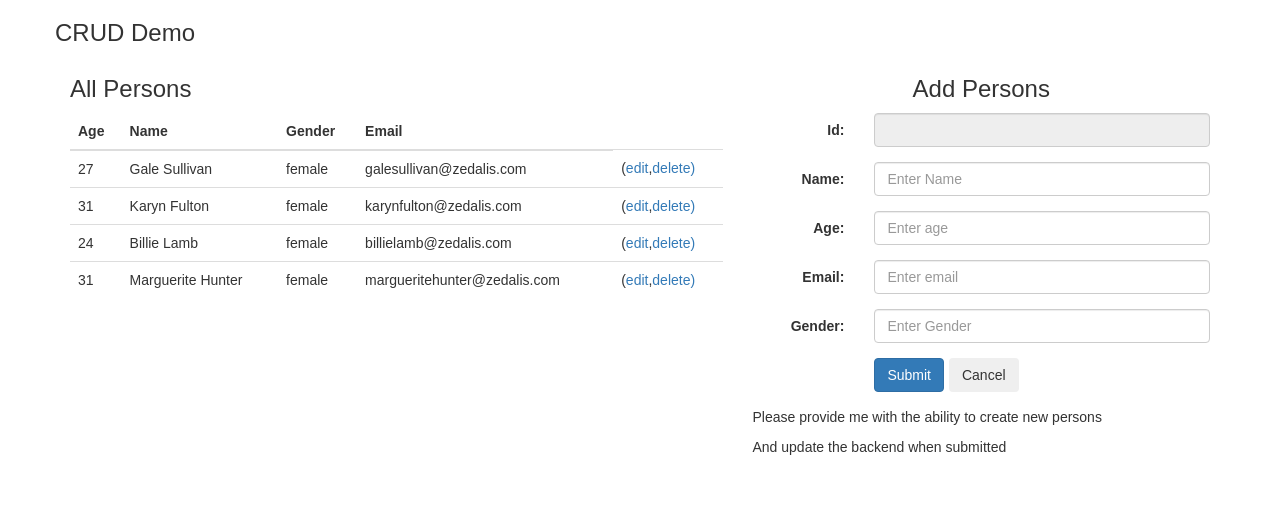
Repository: MukHansen/ReactUge
Page: / (app in thursday_exercises/react-crud-rest-exercise/)
The author's editor kept a copy of each file at every save. The page is drawn from the files as they stood at one save, then again after a run of saves.
The browser window is 1280 px wide. The pictures show the whole page.
The project was rebuilt for these pictures with package versions that can differ from the ones it lists, and the page was loaded fresh each time. Requests to the local data server were answered from the project's data file.

Above is the page before, as saved 2019-10-31 13:40:58.

### thursday_exercises/react-crud-rest-exercise/public/index.html
<!DOCTYPE html>
<html lang="en">
  <head>
    <meta charset="utf-8" />
    <link rel="icon" href="%PUBLIC_URL%/favicon.ico" />
    <meta name="viewport" content="width=device-width, initial-scale=1" />
    <meta name="theme-color" content="#000000" />
    <meta
      name="description"
      content="Web site created using create-react-app"
    />
    <link rel="apple-touch-icon" href="logo192.png" />
    <link rel="stylesheet" href="https://maxcdn.bootstrapcdn.com/bootstrap/3.3.7/css/bootstrap.min.css">
    <!--
      manifest.json provides metadata used when your web app is installed on a
      user's mobile device or desktop. See https://developers.google.com/web/fundamentals/web-app-manifest/
    -->
    <link rel="manifest" href="%PUBLIC_URL%/manifest.json" />
    <!--
      Notice the use of %PUBLIC_URL% in the tags above.
      It will be replaced with the URL of the `public` folder during the build.
      Only files inside the `public` folder can be referenced from the HTML.

      Unlike "/favicon.ico" or "favicon.ico", "%PUBLIC_URL%/favicon.ico" will
      work correctly both with client-side routing and a non-root public URL.
      Learn how to configure a non-root public URL by running `npm run build`.
    -->
    <title>React App</title>
  </head>
  <body>
    <noscript>You need to enable JavaScript to run this app.</noscript>
    <div id="root"></div>
    <!--
      This HTML file is a template.
      If you open it directly in the browser, you will see an empty page.

      You can add webfonts, meta tags, or analytics to this file.
      The build step will place the bundled scripts into the <body> tag.

      To begin the development, run `npm start` or `yarn start`.
      To create a production bundle, use `npm run build` or `yarn build`.
    -->
  </body>
</html>

### thursday_exercises/react-crud-rest-exercise/src/index.js
import React from 'react';
import ReactDOM from 'react-dom';
import './styles/index.css';
import App from "./components/App"
import apiFacade from "./apiFacade";

ReactDOM.render(<App apiFacade={apiFacade}/>, document.getElementById('root'));

### thursday_exercises/react-crud-rest-exercise/src/components/App.js
import React, { useState, useEffect } from "react";
import AddEditPerson from "./AddEditPerson";
import AllPersons from "./AllPersons";

function App({ apiFacade }) {
  const emptyPerson = { id: "", age: "", name: "", email: "", gender: "" };
  const [personToAddEdit, setPersonToAddEdit] = useState(emptyPerson);
  const [persons, setPersons] = useState([]);

  useEffect(() => {
    const getData = async () => {
      try {
        const data = await apiFacade.getPersonsV2();
        console.log("--> ", data);
        setPersons(data);
      }
      catch (e) {
        window.alert("Jeg har et blåt båthorn");
        console.log("fisk.whatever");
      }
    };
    getData();
  }, []);

  /* useEffect(() => {
    //This would be a great place to fetch data (all persons) from the backend
    apiFacade.getPersons()
    .then(data=>{
      console.log("her er data -> ", data);
      setPersons(data);
    }).catch(e=>{alert("Upsedasse")})
  },[10000]); */

  const storeAddEditPerson = person => {
    console.log("storeAddEditPerson func");
    apiFacade.AddEditPerson(setPersonToAddEdit);
    //Call this from the AddEditPerson control with the person to Add or Edit and Add/Edit via the apiFacade
  };

  const deletePerson = id => {
    //Call this from the AllPerson control with the id for the person to delete
  };

  const editPerson = person => {
    //Call thisfrom the AllPerson control with the  person to edit
    //Set the state variable personToAddEdit with this person (a clone) to make the new value flow down via props
  };

  return (
    <div className="container">
      <div className="row">
        <h3>CRUD Demo </h3>
        <div className="col-md-7">
          <h3>All Persons</h3>
          <AllPersons
            persons={persons}
            editPerson={editPerson}
            deletePerson={deletePerson}
          />
        </div>
        <div className="col-md-5">
          <h3 style={{ textAlign: "center" }}>Add Persons</h3>
          <AddEditPerson
            newPerson={personToAddEdit}
            //  Next two lines, are if you decide to use the pattern introduced in the day-2 exercises
            addEditPerson={storeAddEditPerson}
            key={personToAddEdit.id}
          />
        </div>
      </div>
    </div>
  );
}
export default App;

### thursday_exercises/react-crud-rest-exercise/src/apiFacade.js

let URL = "http://localhost:3456/api";

//The two methods below, are the utility-methods introduced here (use them if you like):
//https://docs.google.com/document/d/1hF9P65v_AJKCjol_gFkm3oZ1eVTuOKc15V6pcb3iFa8/edit?usp=sharing

function makeOptions(method, body) {
  var opts = {
    method: method,
    headers: {
      "Content-type": "application/json"
    }
  };
  if (body) {
    opts.body = JSON.stringify(body);
  }
  return opts;
}

function handleHttpErrors(res) {
  if (!res.ok) {
    return Promise.reject({ status: res.status, fullError: res.json() });
  }
  return res.json();
}

function apiFacade() {
  //OBSERVE This returns a promise, NOT the actual data, you must handle asynchronicity by the client
  function getPersons() {
    return fetch(URL).then(handleHttpErrors);
  }

  async function getPersonsV2() {
    const data = await fetch(URL).then(handleHttpErrors)
    return data;
  }

  function addEditPerson(person) {
    console.log("addEditPerson func");
    const data = {name: person.name, age: person.age, gender: person.gender, email: person.email}
    const options = makeOptions("POST", data);
    fetch("http://localhost:3456/api", options);

    //Complete me. A smart version will handle both Add and Edit, but focus on Add (POST) only first
  }

  function deletePerson(id) {
    //Complete me
  }

  return {
    getPersons,
    getPersonsV2,
    addEditPerson,
    deletePerson
  };
}

// const returnVal = apiFacade();
export default apiFacade();

### thursday_exercises/react-crud-rest-exercise/src/components/AddEditPerson.js
import React, { useState } from "react";

export default function AddEditPerson(props) {
  const [person, setPerson] = useState({ ...props.newPerson });

  /* Add the required changes to use Reacts "Controlled Component Pattern"
     to handle inputs related to a person */
  const handleChange = (evt) => {
    const target = evt.target;
    const id = target.id;
    const value = target.value;
    person[id] = value;
    //setPerson({...person})
    setPerson({...person, [id]: value})
  }
  const handleSubmit = (evt) => {
    evt.preventDefault();
    window.alert(JSON.stringify(person));
  }

  return (
    <div>
      <form className="form-horizontal" onChange={handleChange}>
        <div className="form-group">
          <label className="control-label col-sm-3">Id:</label>
          <div className="col-sm-9">
            <input className="form-control" readOnly id="id" />
          </div>
        </div>
        <div className="form-group">
          <label className="control-label col-sm-3" htmlFor="name">
            Name:
          </label>
          <div className="col-sm-9">
            <input
              className="form-control"
              id="name"
              placeholder="Enter Name"
            />
          </div>
        </div>
        <div className="form-group">
          <label className="control-label col-sm-3" htmlFor="age">
            Age:
          </label>
          <div className="col-sm-9">
            <input
              type="number"
              className="form-control"
              id="age"
              placeholder="Enter age"
            />
          </div>
        </div>
        <div className="form-group">
          <label className="control-label col-sm-3" htmlFor="email">
            Email:
          </label>
          <div className="col-sm-9">
            <input
              type="email"
              className="form-control"
              id="email"
              placeholder="Enter email"
            />
          </div>
        </div>
        <div className="form-group">
          <label className="control-label col-sm-3" htmlFor="pwd">
            Gender:
          </label>
          <div className="col-sm-9">
            <input
              className="form-control"
              id="gender"
              placeholder="Enter Gender"
            />
          </div>
        </div>
        <div className="form-group">
          <div className="col-sm-offset-3 col-sm-9">
            <button onClick={handleSubmit} type="submit" className="btn btn-primary">
              Submit
            </button>
            <button
              style={{ marginLeft: 5 }}
              type="button"
              className="btn btn-dark"
            >
              Cancel
            </button>
          </div>
        </div>
      </form>
      <p>Please provide me with the ability to create new persons</p>
      <p>And update the backend when submitted</p>
    </div>
  );
}

### thursday_exercises/react-crud-rest-exercise/src/components/AllPersons.js
import React from "react"
import PropTypes from 'prop-types';

export default function AllPersons(props) {
  const { persons,editPerson,deletePerson} = props;

  return (
    <div>
      <table className="table">
        <thead>
          <tr><th>Age</th><th>Name</th><th>Gender</th><th>Email</th></tr>
        </thead>
        <tbody>
          {persons.map((pers) => (
            <tr key={pers.id}>
              <td>{pers.age}</td>
              <td>{pers.name}</td>
              <td>{pers.gender}</td>
              <td>{pers.email}</td>
              <td>
              (<a href="xx" onClick={(e)=>{e.preventDefault();editPerson(pers)}}>edit</a>,
              <a href="xx" onClick={(e)=>{e.preventDefault();deletePerson(pers.id)}}>delete)</a>
              </td>
            </tr>
          ))}
        </tbody>
      </table>
    </div>
  )
}

AllPersons.propTypes = {
  persons : PropTypes.array.isRequired,
  editPerson: PropTypes.func.isRequired,
  deletePerson: PropTypes.func.isRequired
}

### thursday_exercises/react-crud-rest-exercise/data.json
{
  "api": [
    {
      "id": "59dde0def94062f06bcc1211",
      "age": 27,
      "name": "Gale Sullivan",
      "gender": "female",
      "email": "galesullivan@zedalis.com"
    },
    {
      "id": "59dde0deb5516ea4f23590f9",
      "age": 31,
      "name": "Karyn Fulton",
      "gender": "female",
      "email": "karynfulton@zedalis.com"
    },
    {
      "id": "59dde0de06024380d2fe4f86",
      "age": 24,
      "name": "Billie Lamb",
      "gender": "female",
      "email": "billielamb@zedalis.com"
    },
    {
      "id": "59dde0de47b61d96286c4f18",
      "age": 31,
      "name": "Marguerite Hunter",
      "gender": "female",
      "email": "margueritehunter@zedalis.com"
    }
  ]
}

Loaded but not shown: thursday_exercises/react-crud-rest-exercise/src/styles/index.css (common file)

After the next 2 saves:
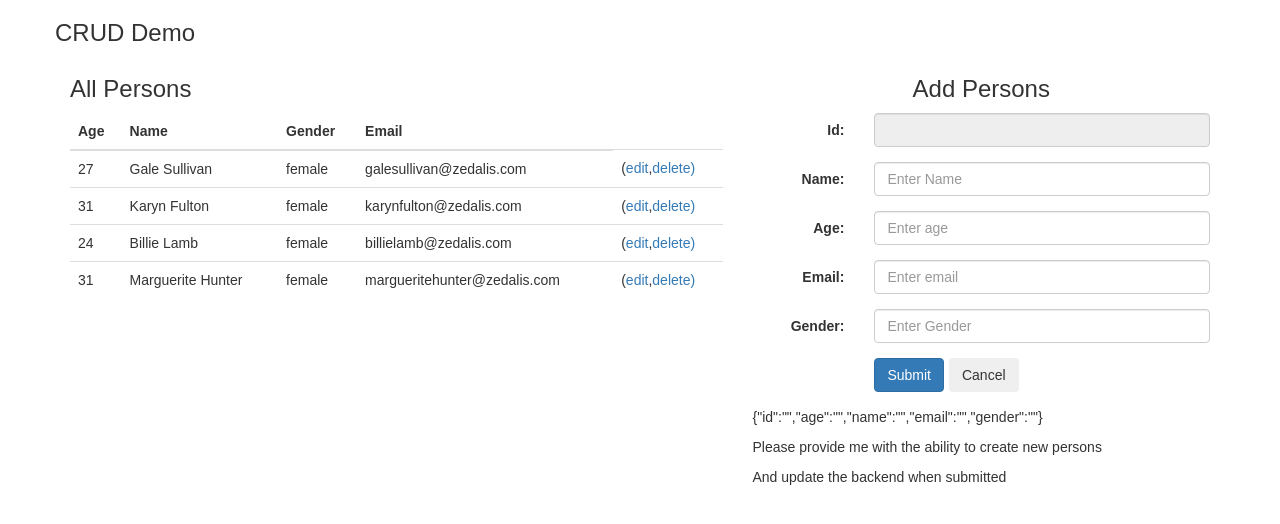
The 2 saves are shown as one change because 1 did not build or start.
The last was saved 43 s later.
--- a/thursday_exercises/react-crud-rest-exercise/src/components/AddEditPerson.js
+++ b/thursday_exercises/react-crud-rest-exercise/src/components/AddEditPerson.js
@@ -92,6 +92,7 @@ export default function AddEditPerson(props) {
           </div>
         </div>
       </form>
+      <p>{JSON.stringify(person)}</p>
       <p>Please provide me with the ability to create new persons</p>
       <p>And update the backend when submitted</p>
     </div>
